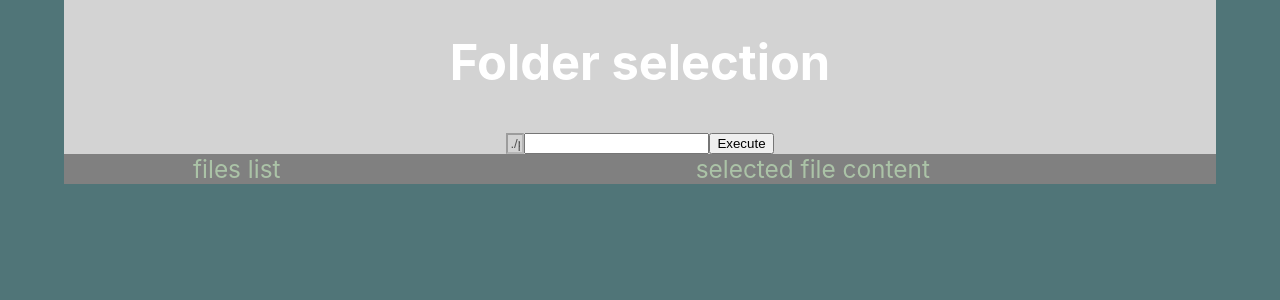
Repository: idubi/DevopsCourse
Page: / (app in lesson03/assignment/client/)
An editor plug-in stored every save of this project. The page is shown before and after the next save, followed by the edit.
The browser window is 1280 px wide. The pictures show the whole page.
The project was rebuilt for these pictures with package versions that can differ from the ones it lists, and the page was loaded fresh each time.

Above is the page before, as saved 2023-06-15 03:36:46.

### lesson03/assignment/client/src/App.js
import "./App.css";
import "./components/FilesBrowser";
import FileBrowser from "./components/FilesBrowser";
import styled from "styled-components";

function App() {
  return (
    <Container className="App">
      <header className="App-header">
        <FileBrowser></FileBrowser>
      </header>
    </Container>
  );
}

const Container = styled.div`
  display: flex;
  flex-direction: column;
  height: 100%;
  width: 100%;
`;

export default App;

### lesson03/assignment/client/src/App.css
.App {
  text-align: center;
}

.App-logo {
  height: 40vmin;
  pointer-events: none;
}

@media (prefers-reduced-motion: no-preference) {
  .App-logo {
    animation: App-logo-spin infinite 20s linear;
  }
}

.App-header {
  background-color: #507578;
  min-height: 100vh;
  display: flex;
  flex-direction: column;
  align-items: center;

  font-size: calc(10px + 2vmin);
  color: white;
}

.App-link {
  color: #61dafb;
}

### lesson03/assignment/client/src/components/FilesBrowser.js
import React, { useState } from "react";
import styled from "styled-components";
function FileBrowser() {
  const [path, setPath] = useState("");
  // const [response, setResponse] = useState("");

  const handlePathChange = (event) => {
    setPath(event.target.value);
  };

  const handleExecute = () => {
    //   fetch(path)
    //     .then((response) => response.json())
    //     .then((data) => setResponse(JSON.stringify(data)))
    //     .catch((error) => console.error("Error:", error));
  };

  return (
    <Container>
      <Upper>
        <h1>Folder selection</h1>
        <Label type="text" value="./public/" disabled />
        <input type="text" value={path} onChange={handlePathChange} />
        <button onClick={handleExecute}>Execute</button>
      </Upper>
      <Lower>
        <LeftLowerDiv>files list</LeftLowerDiv>
        <RightLowerDiv>selected file content</RightLowerDiv>
      </Lower>
    </Container>
  );
}

const Container = styled.div`
  display: flex;
  flex-direction: column;
  height: 90%;
  width: 90%;
`;

const Upper = styled.div`
  height: 30%;
  background-color: lightgrey;
`;

const Lower = styled.div`
  display: flex;
  flex-direction: row;
  height: 100%;
  color: #abc3a7;
`;

const LeftLowerDiv = styled.div`
  width: 30%;
  height: 100%;
  background-color: gray;
`;
const RightLowerDiv = styled.div`
  width: 70%;
  height: 100%;
  background-color: gray;
`;
const Label = styled.input`
  background-color: lightgrey;
  width: 10px;
`;
export default FileBrowser;

Loaded but not shown: lesson03/assignment/client/public/index.html (common file); lesson03/assignment/client/src/index.js (common file); lesson03/assignment/client/src/index.css (common file); lesson03/assignment/client/src/reportWebVitals.js (common file)

After the next save:
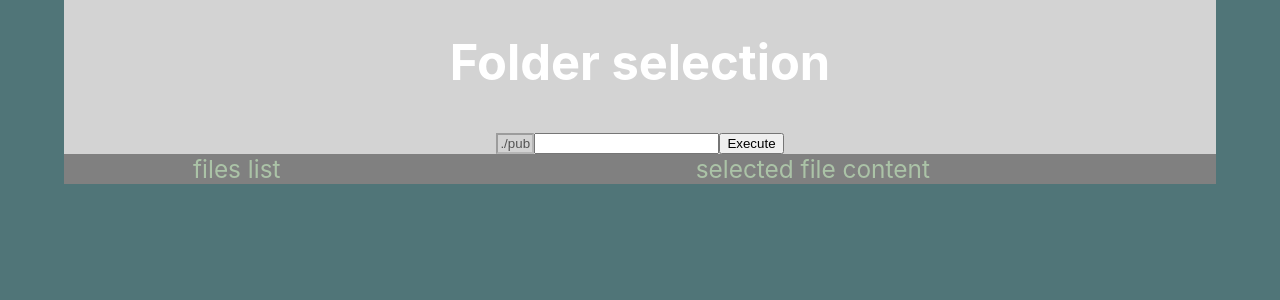
Saved 5 s later.
--- a/lesson03/assignment/client/src/components/FilesBrowser.js
+++ b/lesson03/assignment/client/src/components/FilesBrowser.js
@@ -62,6 +62,6 @@ const RightLowerDiv = styled.div`
 `;
 const Label = styled.input`
   background-color: lightgrey;
-  width: 10px;
+  width: 30px;
 `;
 export default FileBrowser;
